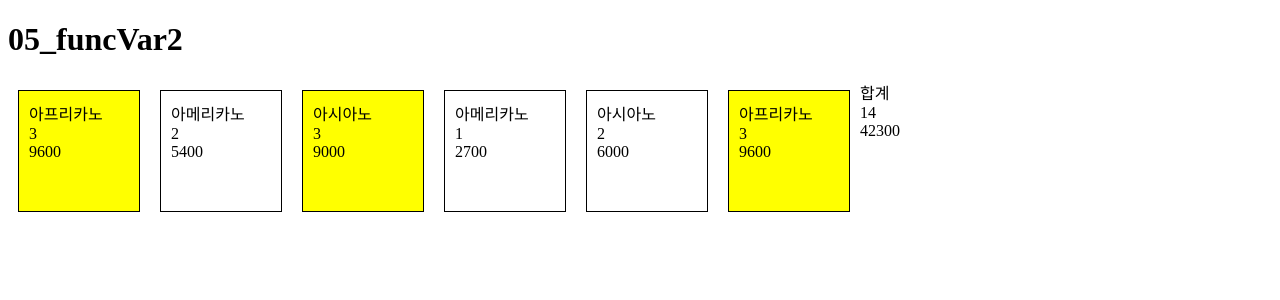
Repository: psun2/Korea-IT-Academy
Page: (back up) _ 오전/study_a/web_work/scriptProj/WebContent/array/05_funcVar2.html
The author's editor kept a copy of each file at every save. The page is drawn from the files as they stood at one save, then again after the next save.
The browser window is 1280 px wide. The pictures show the whole page.

Above is the page before, as saved 2020-08-03 05:26:40.

After the next save:
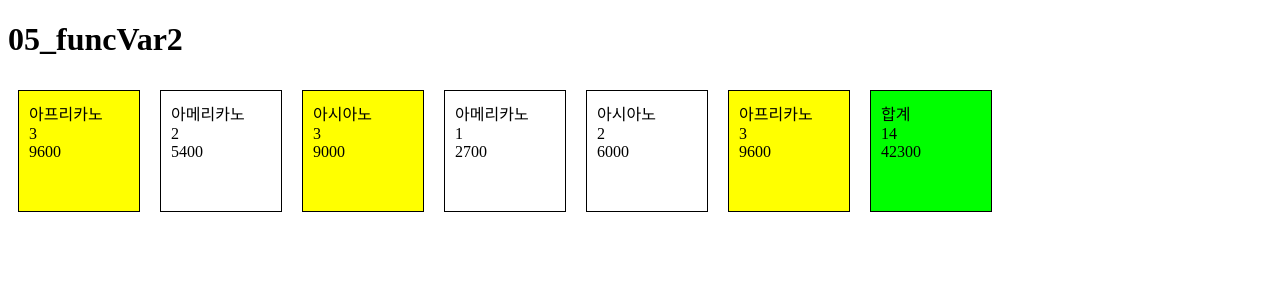
Saved 11 s later.
--- a/(back up) _ 오전/study_a/web_work/scriptProj/WebContent/array/05_funcVar2.html
+++ b/(back up) _ 오전/study_a/web_work/scriptProj/WebContent/array/05_funcVar2.html
@@ -58,7 +58,7 @@ order("아메리카노",1)
 order("아시아노",2)
 order("아프리카노",3)
 
-boxPPP("합계", totHap, cntHap)
+boxPPP("합계", totHap, cntHap," gg")
 
 </script>
 
